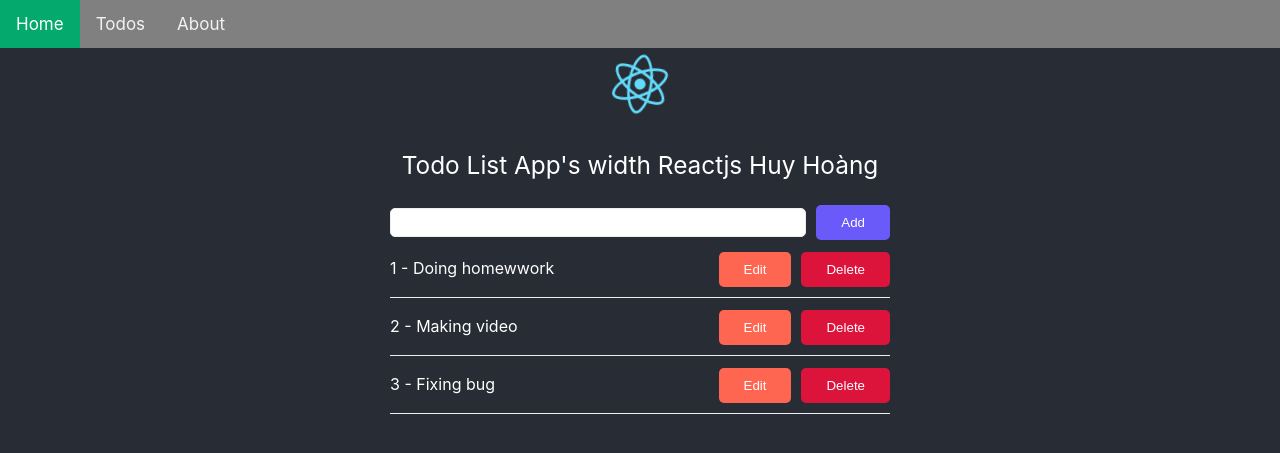
Repository: hoang0508/ReactJsHoang
Page: /todo
The author's editor kept a copy of each file at every save. The page is drawn from the files as they stood at one save, then again after the next save.
The browser window is 1280 px wide. The pictures show the whole page.
The project was rebuilt for these pictures with package versions that can differ from the ones it lists, and the page was loaded fresh each time. Also part of the build but not shown: src/views/Example/Demo.scss, src/views/Example/ChildComponent.js, src/views/Example/AddComponent.js, src/views/Example/MyComponent.js, src/views/Example/Home.js.

Above is the page before, as saved 2021-10-31 22:23:44.

After the next save:
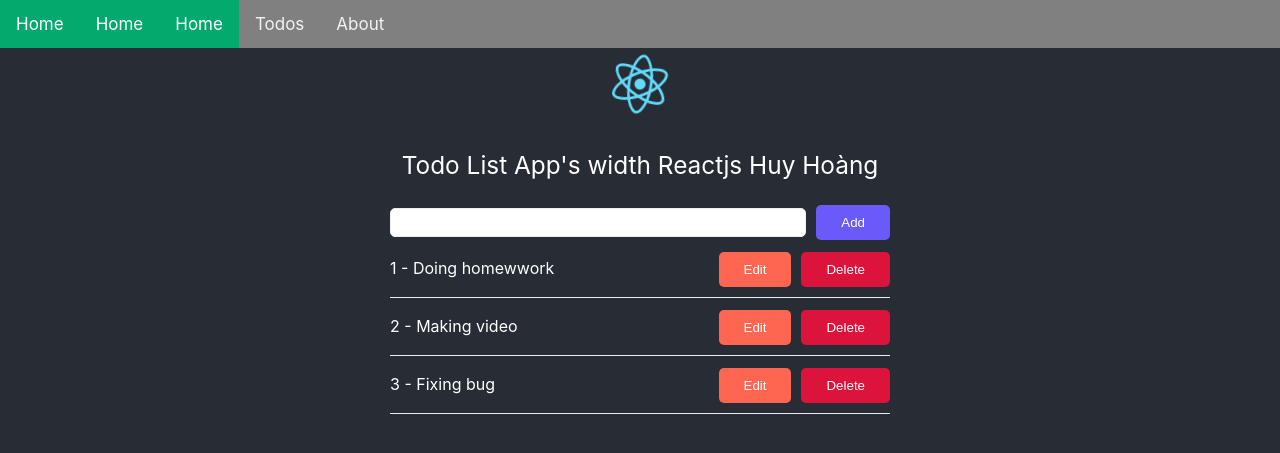
Saved 17 min 0 s later.
--- a/src/views/Nav/Nav.js
+++ b/src/views/Nav/Nav.js
@@ -1,12 +1,19 @@
 import React from "react";
 import "./Nav.scss";
+import { Link, NavLink } from "react-router-dom";
 class Nav extends React.Component {
   render() {
     return (
       <div className="topnav">
-        <a className="active" href="/">
+        <NavLink to="/" activeClassName="active">
           Home
-        </a>
+        </NavLink>
+        <NavLink to="/" activeClassName="active">
+          Home
+        </NavLink>{" "}
+        <NavLink to="/" activeClassName="active">
+          Home
+        </NavLink>
         <a href="/todo">Todos</a>
         <a href="/about">About</a>
       </div>
